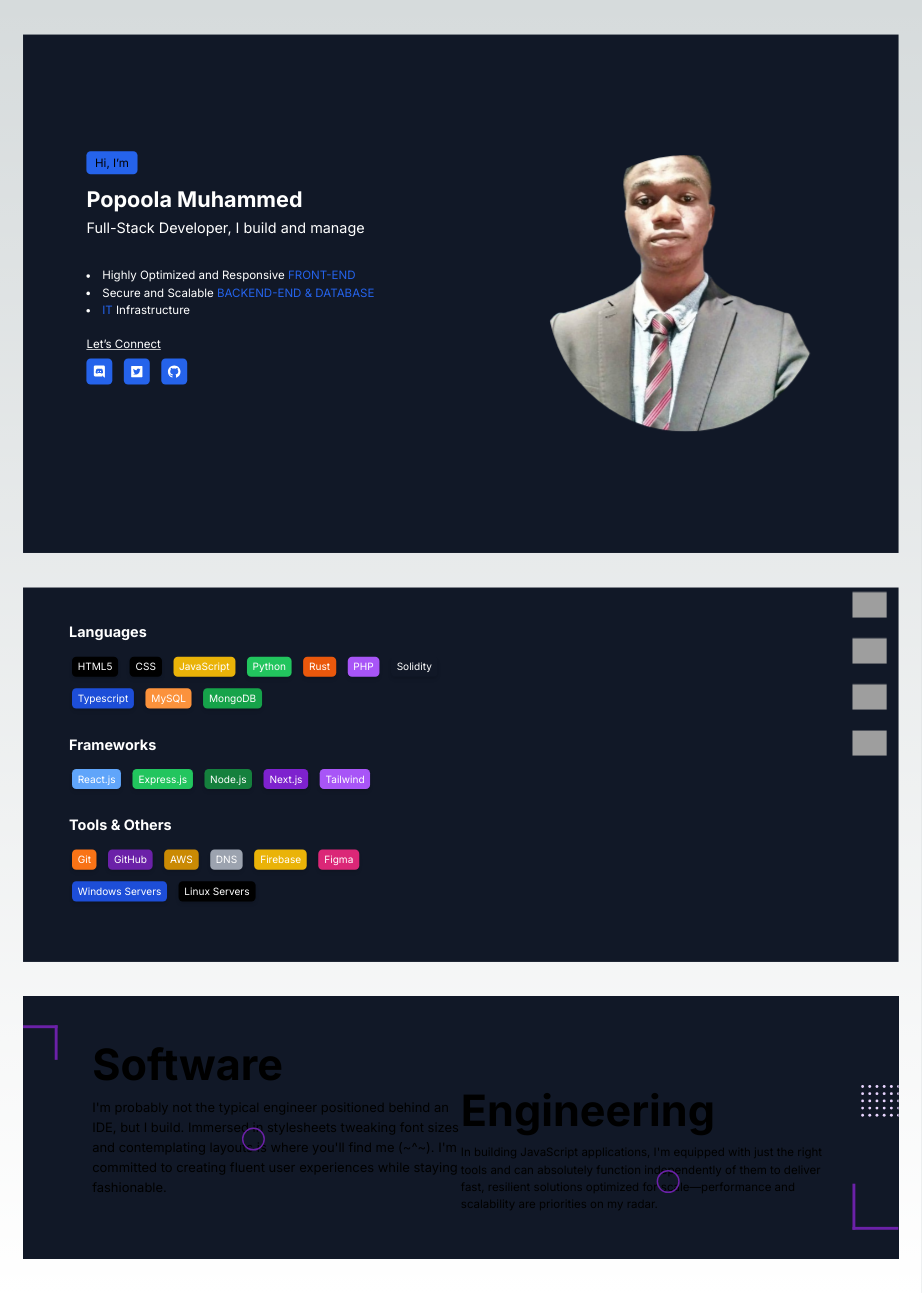
Repository: muhammedctgr/hammedctgr
Page: /
These files come from the project's save history. The page is drawn as it stood at one moment and after a run of saves; the edit follows.
The browser window is 1280 px wide. The pictures show the whole page, at 72% of full size.
Pictures or frames that could not be fetched are drawn as grey boxes. The project was rebuilt for these pictures with package versions that can differ from the ones it lists, and the page was loaded fresh each time. The framework's server and built-in components were replaced by stand-ins that run in the browser. Also part of the build but not shown: next.config.mjs.

Above is the page before, as saved 2024-08-03 08:26:02.

After the next 2 saves:
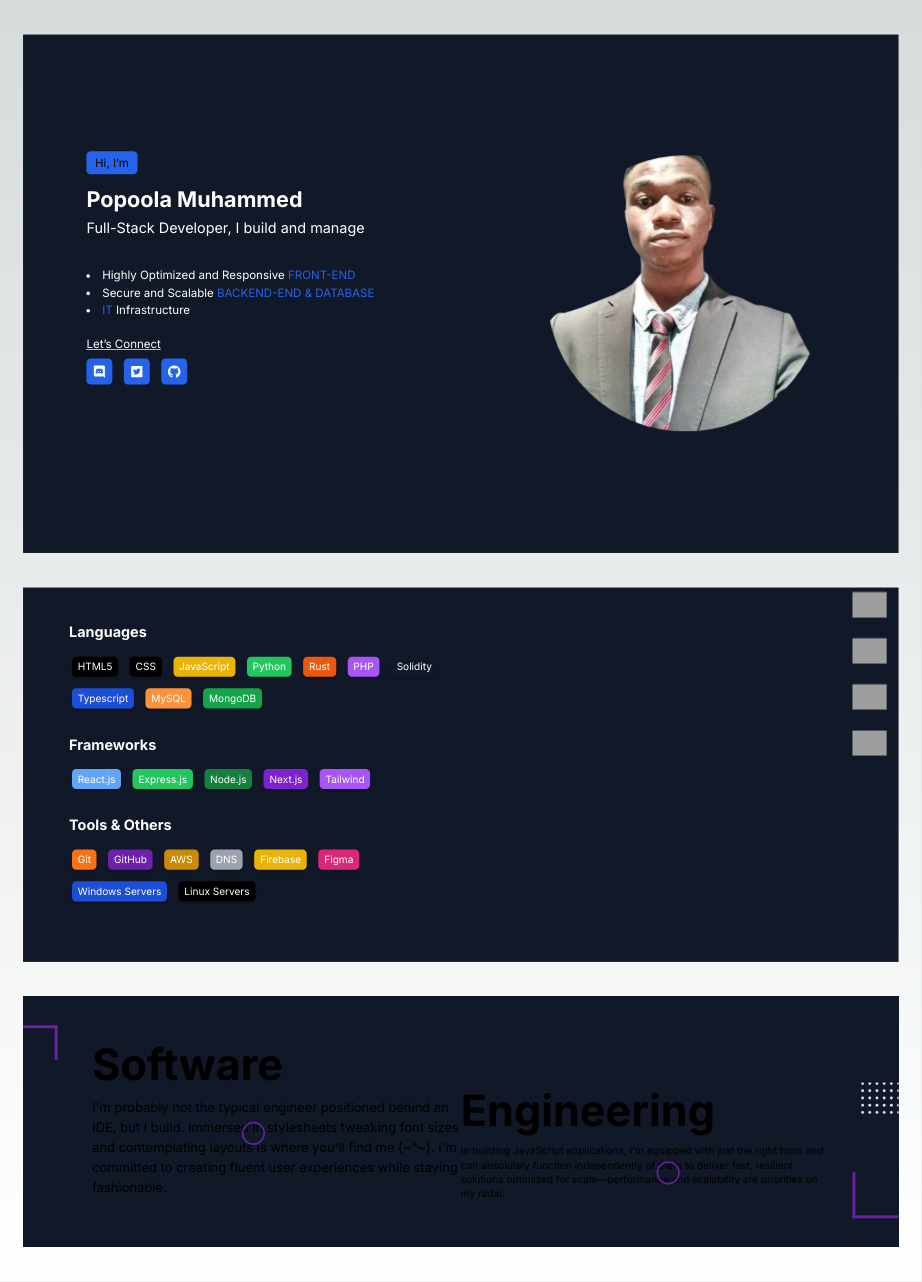
The 2 saves are shown as one change because they came seconds apart.
The last was saved 69 s later.
--- a/components/SummarySection.tsx
+++ b/components/SummarySection.tsx
@@ -16,7 +16,7 @@ const SummarySection: FC = () => {
           <div className="mb-4 flex items-center">
             <span className="text-6xl font-bold">Engineering</span>
           </div>
-          <p className="">
+          <p className="text-sm">
             In building JavaScript applications, I'm equipped with just the right tools and can absolutely function independently of them to deliver fast, resilient solutions optimized for scale—performance and scalability are priorities on my radar.
           </p>
         </div>
